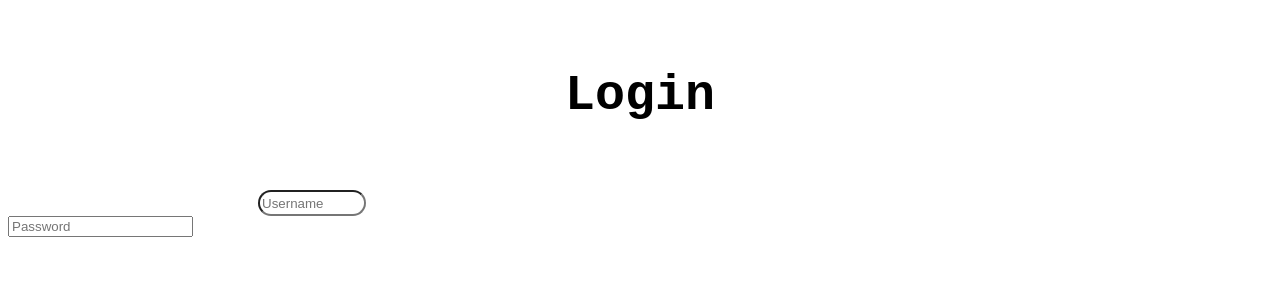
Repository: yhung004/TUTORIAL_PAGE
Page: log_in.html
An editor plug-in stored every save of this project. The page is shown before and after the next save, followed by the edit.
The browser window is 1280 px wide. The pictures show the whole page.

Above is the page before, as saved 2024-04-10 12:13:54.

After the next save:
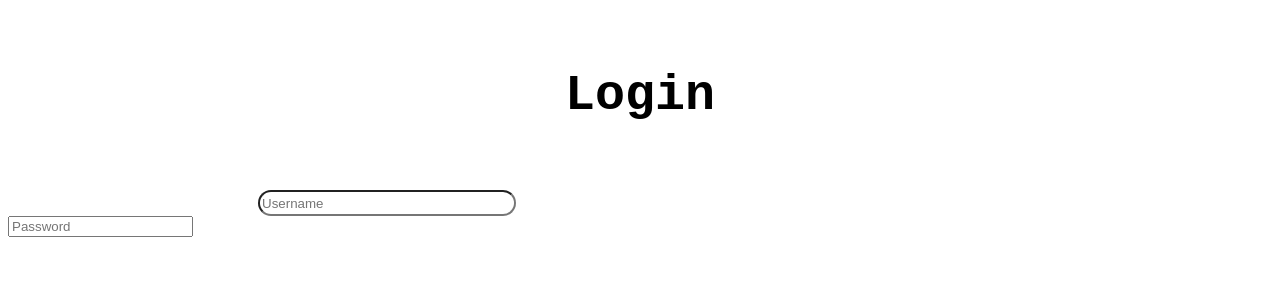
Saved 5 s later.
--- a/main.css
+++ b/main.css
@@ -48,6 +48,6 @@ a.button_a1 {
     position: relative;
     border-radius: 30px;
     left: 250px;
-    width: 100px;
+    width: 250px;
     height: 20px;
 }
